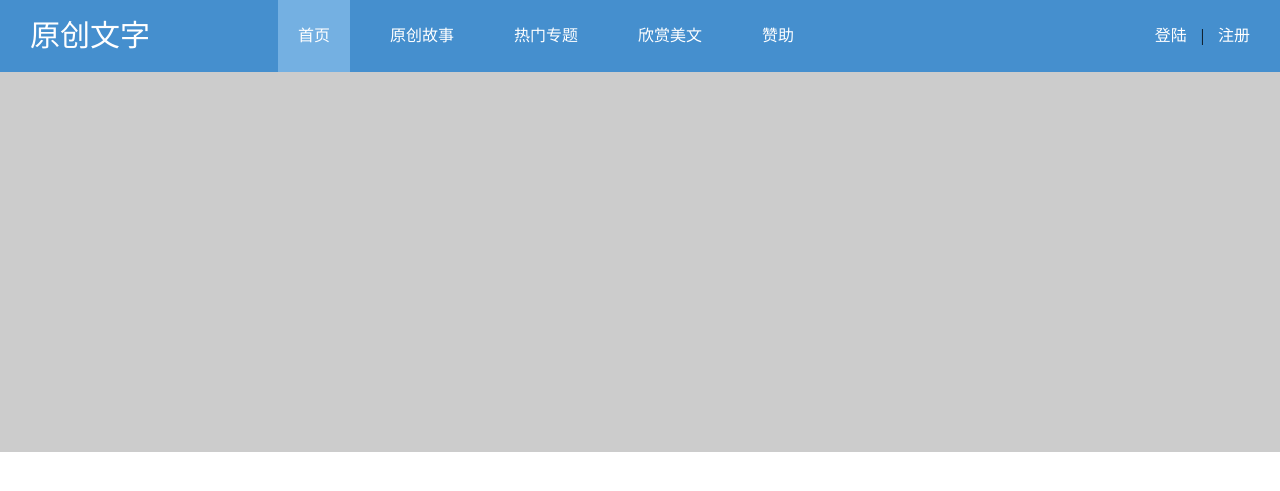
Repository: equation-zheng/Article
Page: http://localhost/Idles/
These files come from the project's save history. The page is drawn as it stood at one moment and after the next save; the edit follows.
The browser window is 1280 px wide. The pictures show the whole page.
The page is served by Tomcat 9.

Above is the page before, as saved 2017-12-06 02:01:04.

After the next save:
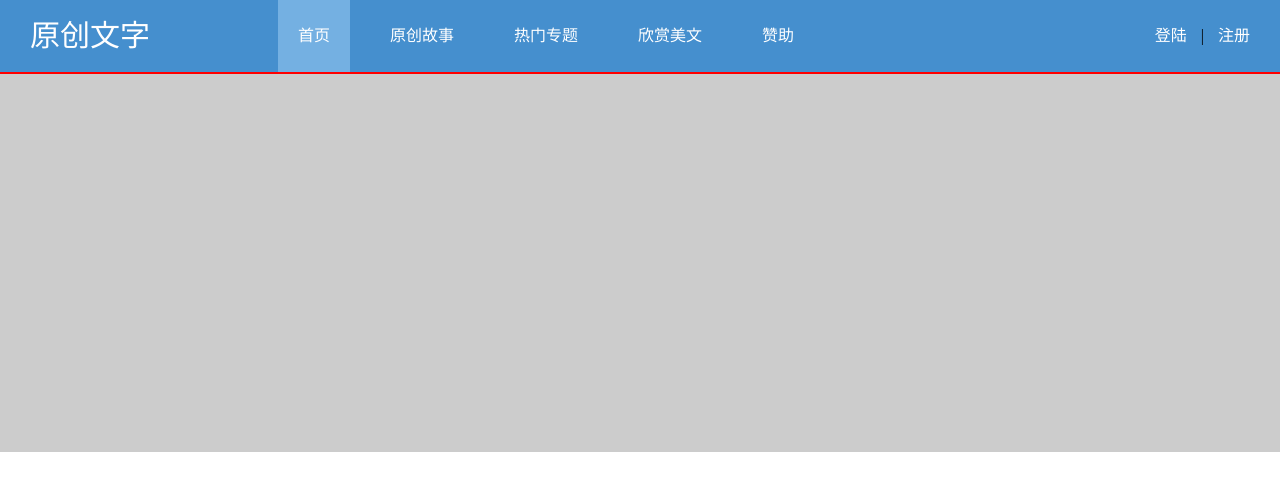
Saved 23 s later.
--- a/Service/apache-tomcat-7.0.82/Idles/WebContent/index.jsp
+++ b/Service/apache-tomcat-7.0.82/Idles/WebContent/index.jsp
@@ -67,7 +67,9 @@
 	}
 	.banner ul {
 		width: 1024*5px;
-
+	}
+	.banner ul li {
+		border: solid 1px red;
 	}
 </style>
 <body>
